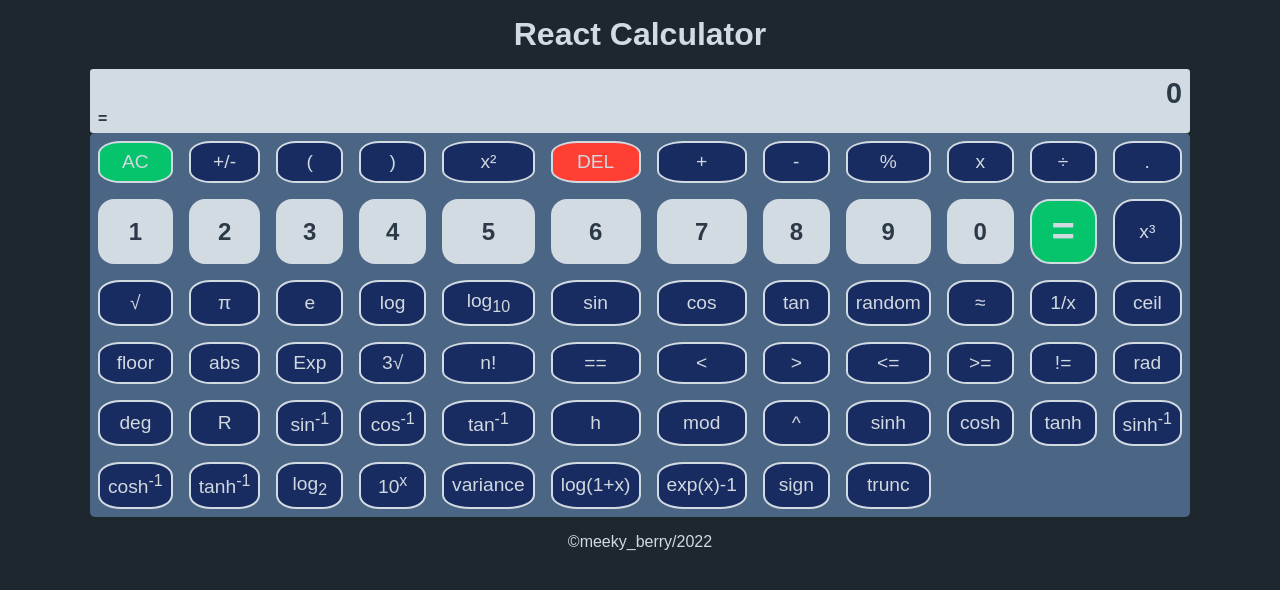
Repository: MikkyPrestige/calculator
Page: /
An editor plug-in stored every save of this project. The page is shown before and after the next save, followed by the edit.
The browser window is 1280 px wide. The pictures show the whole page.
The project was rebuilt for these pictures with package versions that can differ from the ones it lists, and the page was loaded fresh each time.

Above is the page before, as saved 2022-11-17 21:03:19.

After the next save:
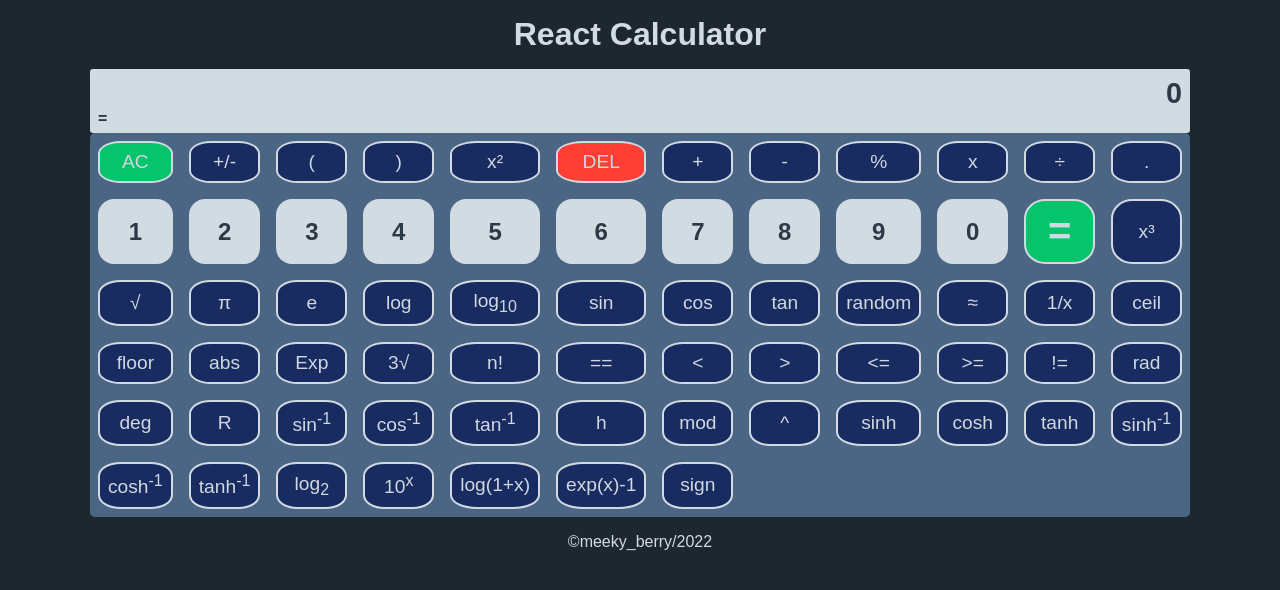
Saved 2 min 16 s later.
--- a/src/App.js
+++ b/src/App.js
@@ -656,11 +656,9 @@ function App() {
           <button onClick={atanh} className='operator'>tanh<sup>-1</sup></button>
           <button onClick={log2} className='operator'>log<sub>2</sub></button>
           <button onClick={pow10} className='operator'>10<sup>x</sup></button>
-          <button onClick={variances} className='operator'>variance</button>
           <button onClick={log1p} className='operator'>log(1+x)</button>
           <button onClick={expm1} className='operator'>exp(x)-1</button>
           <button onClick={sign} className='operator'>sign</button>
-          <button onClick={trunc} className='operator'>trunc</button>
         </div>
       </div>
       <footer className='attribution'>&copy;meeky_berry/2022</footer>
